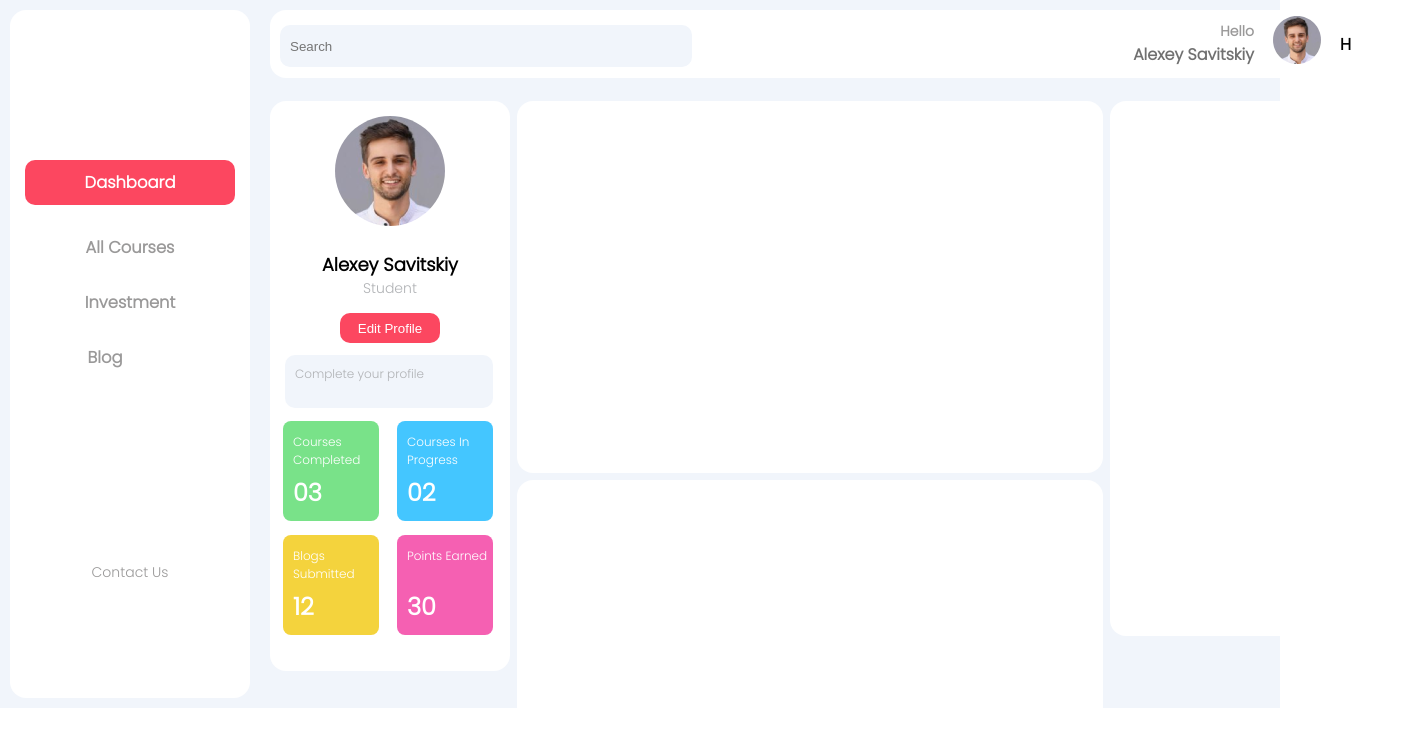
Repository: Anuruddha00/dashboard-design
Page: /
An editor plug-in stored every save of this project. The page is shown before and after the next save, followed by the edit.
The browser window is 1280 px wide. The page is 1421 px wide, so the pictures cover 1421 px, including what lies to the right of the window. The pictures show the whole page.
The project was rebuilt for these pictures with package versions that can differ from the ones it lists, and the page was loaded fresh each time.

Above is the page before, as saved 2021-05-07 17:52:36.

After the next save:
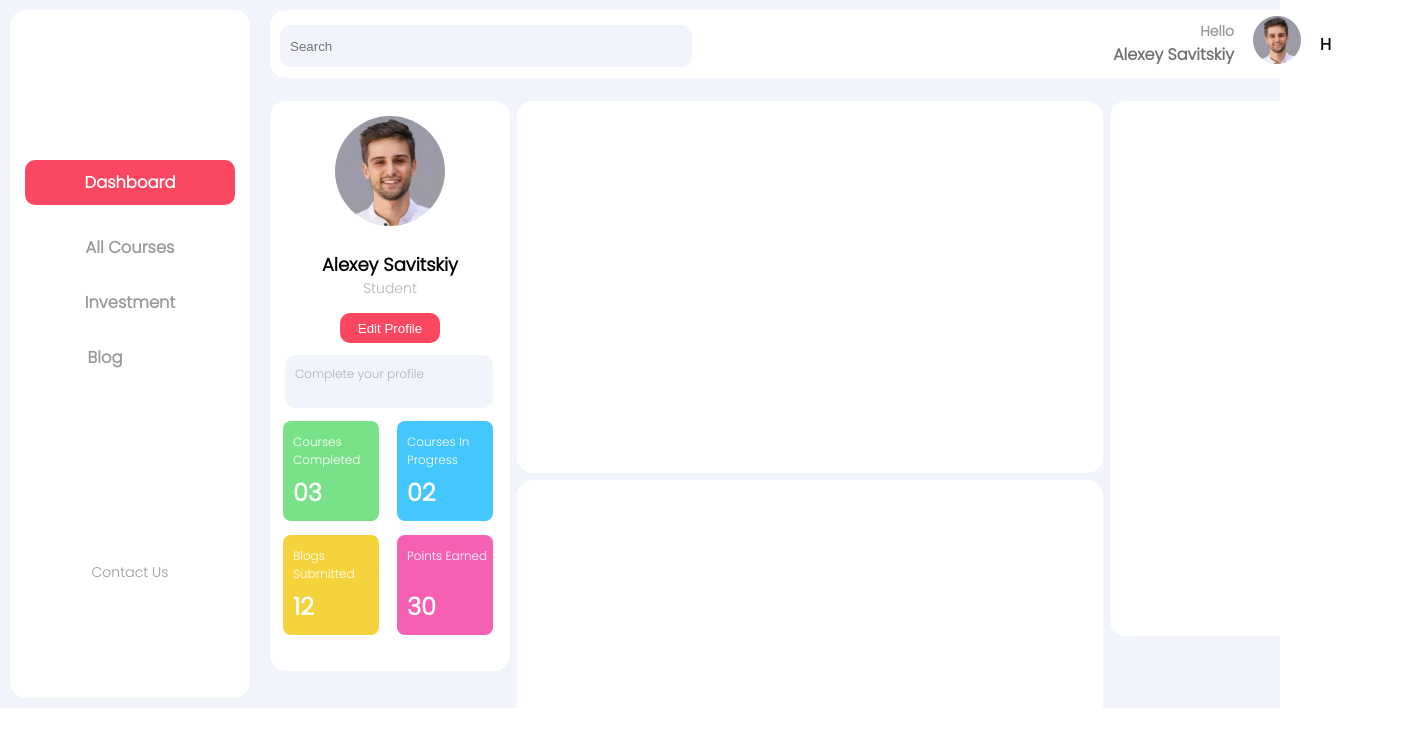
Saved 9 s later.
--- a/src/containers/Dashboard/Dashboard.scss
+++ b/src/containers/Dashboard/Dashboard.scss
@@ -102,7 +102,7 @@ body{
                         display: flex;
                         flex-direction: row;
                         gap: 1em;
-                        margin-right: 70px;
+                        margin-right: 90px;
                         align-items: center;
                         height: 68px;
 
